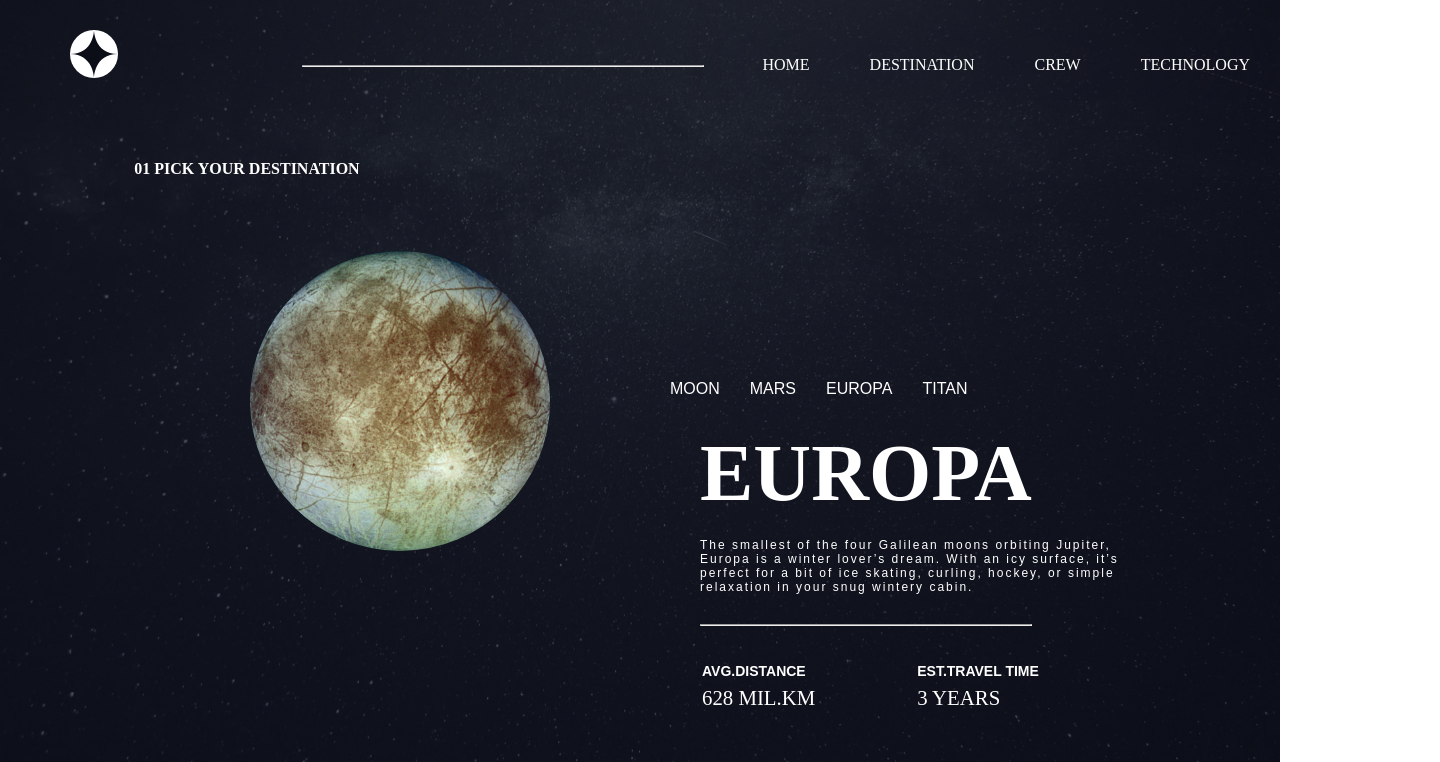
Repository: batonAnton/space_tourism
Page: europa.html
The author's editor kept a copy of each file at every save. The page is drawn from the files as they stood at one save, then again after the next save.
The browser window is 1280 px wide. The page is 1400 px wide, then 1440 px, so the pictures cover 1440 px, including what lies to the right of the window. The pictures show the whole page.
Some web fonts or font styles are not loaded; a fallback is used.

Above is the page before, as saved 2022-05-20 14:03:07.

After the next save:
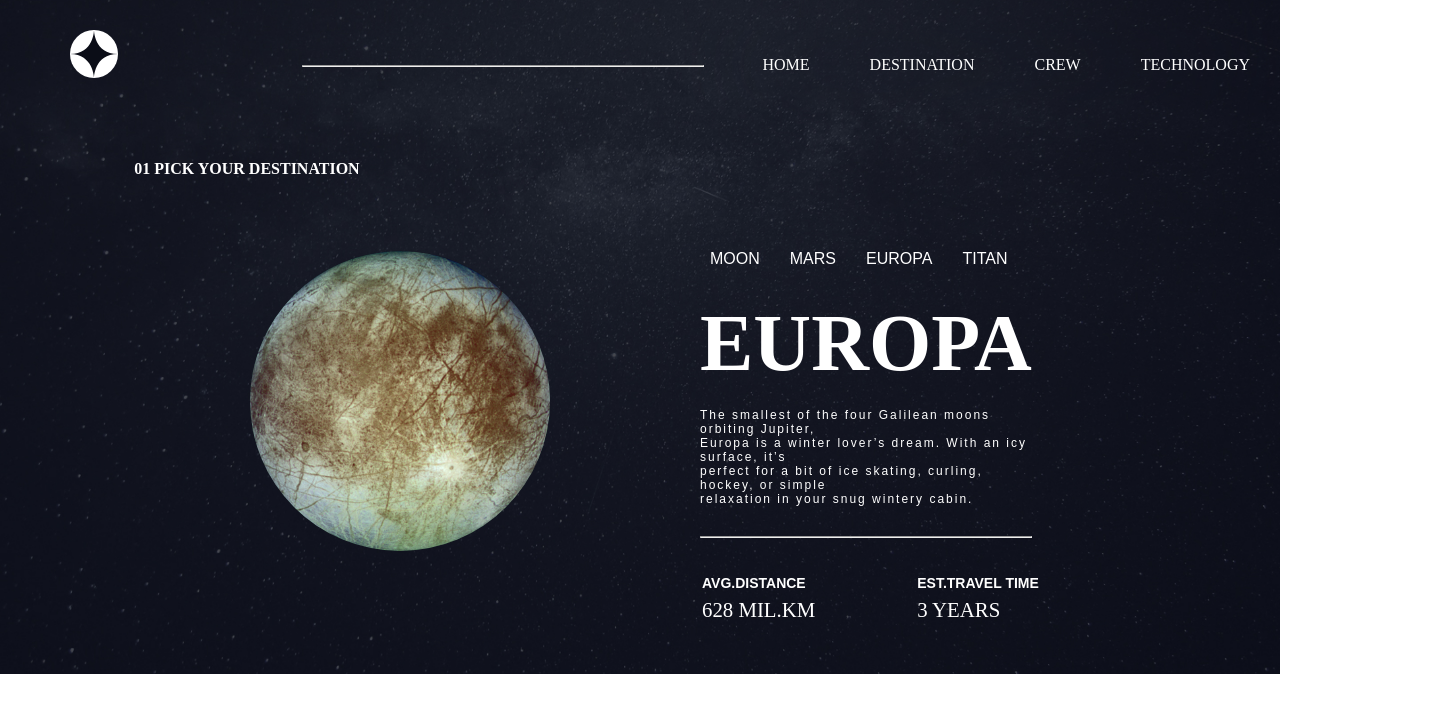
Saved 4 min 45 s later.
--- a/css/style2 .css
+++ b/css/style2 .css
@@ -62,7 +62,7 @@ a:hover:after {
 
 ul {
   margin: 150px auto 0;
-  padding: 0;
+  /* padding: 0; */
   list-style: none;
   display: table;
   width: 600px;
@@ -94,7 +94,7 @@ li {
 }
 
 .get-info_planet {
-  margin: 130px 100px 50px 150px;
+  margin: 0px 100px 50px 150px;
 }
 
 /* navbar planet */
@@ -172,7 +172,7 @@ h1 {
 }
 
 p {
-  width: 444px;
+  width: 331px;
   text-align: left;
   font-family: "Barlow Condensed", sans-serif;
   font-size: 12px;
